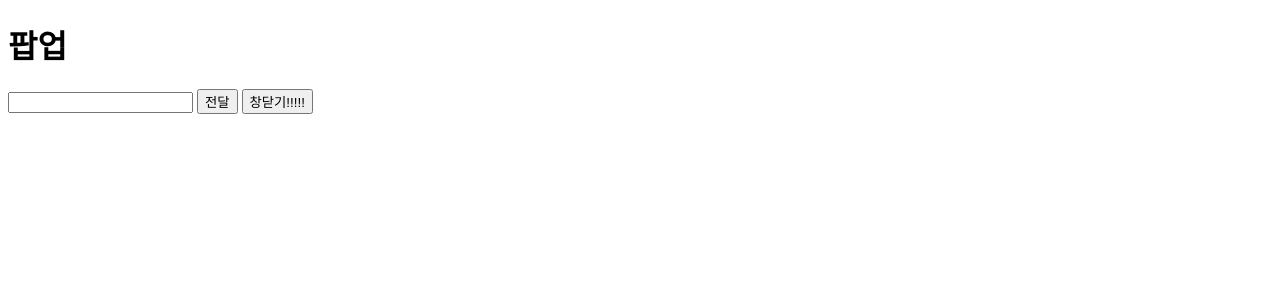
Repository: sunghyun-biblee/LearnSpace
Page: 4_UI/JS_Test/WebContent/js16_window02.html
The author's editor kept a copy of each file at every save. The page is drawn from the files as they stood at one save, then again after the next save.
The browser window is 1280 px wide. The pictures show the whole page.

Above is the page before, as saved 2023-10-26 08:20:58.

After the next save:
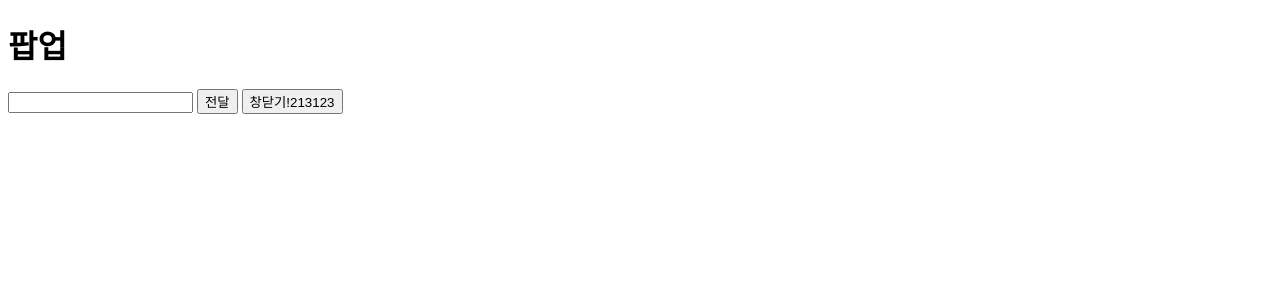
Saved 28 s later.
--- a/4_UI/JS_Test/WebContent/js16_window02.html
+++ b/4_UI/JS_Test/WebContent/js16_window02.html
@@ -19,7 +19,7 @@
 <h1>팝업</h1>
 <input type="text" name="test">
 <input type="button" onclick="test();" value="전달">
-<input type="button" onclick="self.close();" value="창닫기!!!!!">
+<input type="button" onclick="window.close();" value="창닫기!213123">
 <!--  self를 붙이는 이유는 직접선언한 함수 close인지 window.객체의 close인지 모르기때문에 window.close를 실행할려면 self를 붙인다. -->
 <!-- self => 자기자신, 즉 창닫기 태그를 의미 -->
 <!-- window => 현재 보고있는 창 -->
